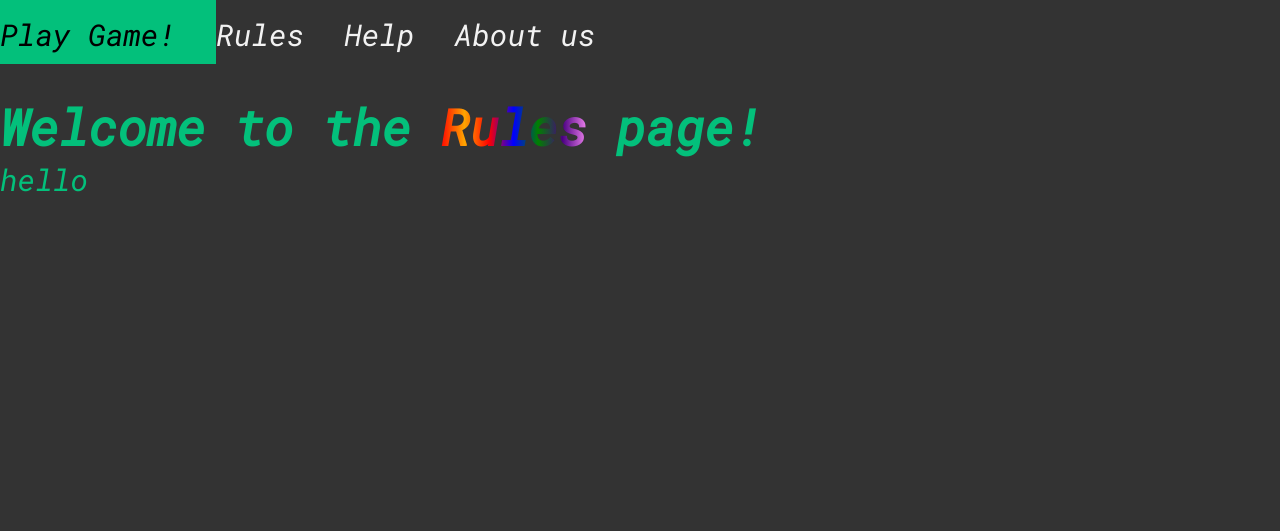
Repository: Ascendrospyder/rock-paper-scissors
Page: rulesPage.html
An editor plug-in stored every save of this project. The page is shown before and after the next save, followed by the edit.
The browser window is 1280 px wide. The pictures show the whole page.

Above is the page before, as saved 2022-12-26 12:57:44.
Not found: css/

### rulesPage.html
<!DOCTYPE html>
<html lang="en">
  <head>
    <meta charset="UTF-8" />
    <meta http-equiv="X-UA-Compatible" content="IE=edge" />
    <meta name="viewport" content="width=device-width, initial-scale=1.0" />
    <title>Rules</title>
    <link rel="preconnect" href="https://fonts.googleapis.com" />
    <link rel="preconnect" href="https://fonts.gstatic.com" crossorigin />
    <link
      href="https://fonts.googleapis.com/css2?family=Roboto+Mono:ital@1&display=swap"
      rel="stylesheet"
    />
    <link rel="stylesheet" href="./css/style.css" />
    <link rel="stylesheet" href="./css/navbar.css" />
    <link rel = "stylesheet" href = "css/"
  </head>
  <body>
    <nav>
      <div class="nav-bar">
        <a class="play-game" href="app.html">Play Game!</a>
        <a class="game-rules" href="rulesPage.html">Rules</a>
        <a class="help" href="helpPage.html">Help</a>
        <a class="about" href="aboutPage.html">About us</a>
      </div>
    </nav>

    <div class="rules-title">
      <h1 class="heading">
        Welcome to the <span class="multicoloured-text">Rules</span> page!
      </h1>
    </div>

    <div class="rules-list">
      <ol class = "prompt-message">
        <li>hello</li>
      </ol>
    </div>

  </body>
</html>

### css/style.css
/* The following code will remove the whitespace at the top of the browser */
* {
  margin: 0;
  padding: 0;
  border: 0;
  outline: 0;
  font-size: 100%;
  vertical-align: baseline;
  background: transparent;
}

body {
  background-color: #333;
}

.title {
  display: flex;
  justify-content: center;
  align-items: center;
  margin-bottom: 300px;
}

.heading {
  font-size: 50px;
  color : #03c07b;
  font-family: 'Roboto Mono', monospace;
}

.multicoloured-text {
  background-image: linear-gradient(to left, violet, indigo, green, blue, red, orange, red);
  -webkit-background-clip: text;
  -moz-background-clip: text;
  background-clip: text;
  color: transparent;
}

.prompt {
  /* border : 2px solid black;  */
  display : flex;
  justify-content: flex-start;
  margin-bottom: 20px;
}

.prompt-message {
  font-size: 30px;
  color : #03c07b;
  font-family: 'Roboto Mono', monospace;
}
.results {
  border: 5px solid rgb(40, 40, 40);
  flex-wrap: wrap;
  display : flex;
  justify-content: space-between;
  margin-bottom: 15px;
}


.results > button {
  flex : 1 1 0;
  background-color: #333;
  color: white;
  font-size: 30px;
  font-family: 'Roboto Mono', monospace;
  transition: background-color 0.3s;
}

button {
  padding-top: 40px;
  padding-bottom: 40px;
}

button:hover {
  background-color: #03c07b;
  color: black;
}

### css/navbar.css
.nav-bar {
  /* border : 10px solid black;  */
  background-color : #333;
  overflow: hidden;
  margin-bottom: 30px;
  /* padding-left: 20px; */
}

.nav-bar a {
  font-family: 'Roboto Mono', monospace;
  text-decoration: none;
  float : left;
  color : #f2f2f2;
  text-align: center;
  font-size: 30px;
  padding-right: 40px;
  padding-top: 15px;
  padding-bottom: 10px;
  transition: background-color 0.8s;
}

.nav-bar a:hover {
  background-color: #03c07b;
  color: black;
}

.nav-bar a:active {
  background-color: #03c07b;
  color : white;
}

### css/rules.css
.rules-title {
    display: flex;
    justify-content: center;
    align-items: center;
    margin-bottom: 300px;
}

.rules-list {
    display : flex;
    justify-content: center;
    align-items : flex-start;
}

After the next save:
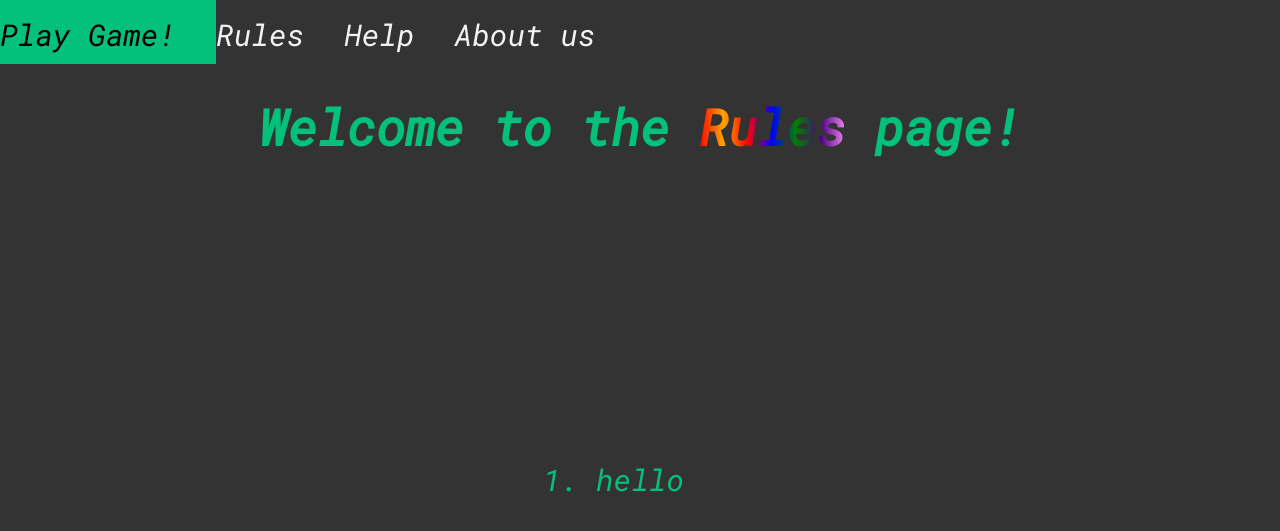
Saved 6 s later.
--- a/rulesPage.html
+++ b/rulesPage.html
@@ -13,7 +13,7 @@
     />
     <link rel="stylesheet" href="./css/style.css" />
     <link rel="stylesheet" href="./css/navbar.css" />
-    <link rel = "stylesheet" href = "css/"
+    <link rel = "stylesheet" href = "css/rules.css"
   </head>
   <body>
     <nav>
